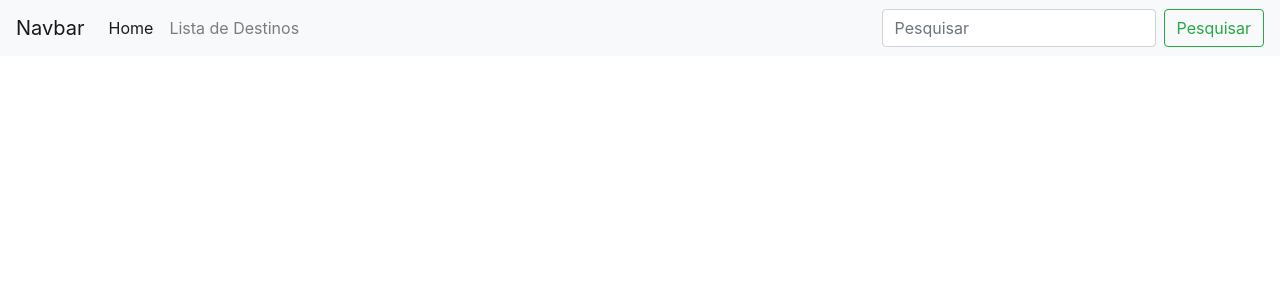
Repository: SolanoBarcelos/AtvPratMod4
Page: CrudJAVA/AtvPratMod4/src/main/webapp/index.html
An editor plug-in stored every save of this project. The page is shown before and after the next save, followed by the edit.
The browser window is 1280 px wide. The pictures show the whole page.

Above is the page before, as saved 2022-02-13 19:36:49.

After the next save:
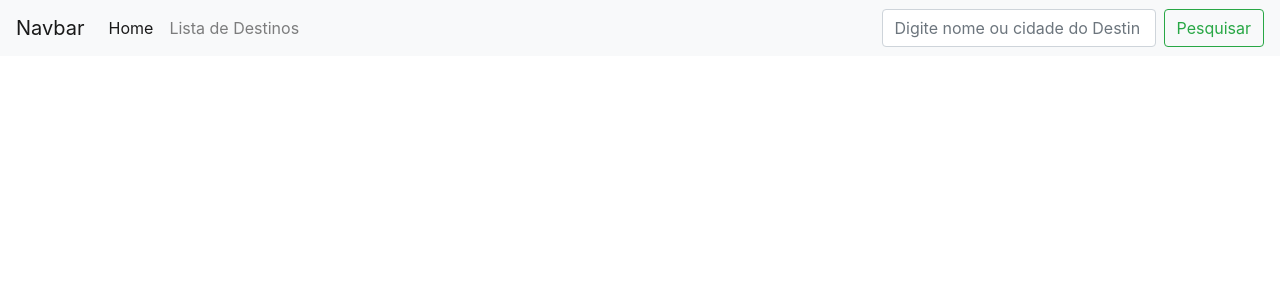
Saved 65 s later.
--- a/CrudJAVA/AtvPratMod4/src/main/webapp/index.html
+++ b/CrudJAVA/AtvPratMod4/src/main/webapp/index.html
@@ -26,7 +26,7 @@
       </li>
     </ul>
     <form class="form-inline my-2 my-lg-0">
-      <input class="form-control mr-sm-2" type="search" placeholder="Pesquisar" aria-label="Pesquisar">
+      <input class="form-control mr-sm-2" type="search" placeholder="Digite nome ou cidade do Destino" aria-label="Pesquisar">
       <button class="btn btn-outline-success my-2 my-sm-0" type="submit">Pesquisar</button>
     </form>
   </div>
